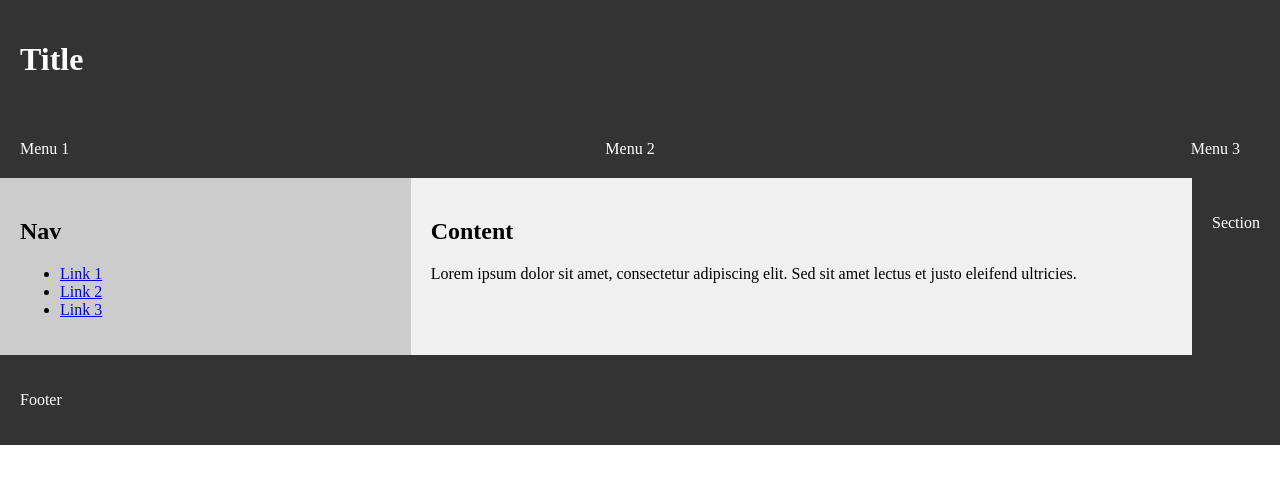
Repository: G1tHub-zer0/BTTH
Page: BTCSS/bai21.html
The author's editor kept a copy of each file at every save. The page is drawn from the files as they stood at one save, then again after the next save.
The browser window is 1280 px wide. The pictures show the whole page.

Above is the page before, as saved 2024-03-22 20:20:54.

After the next save:
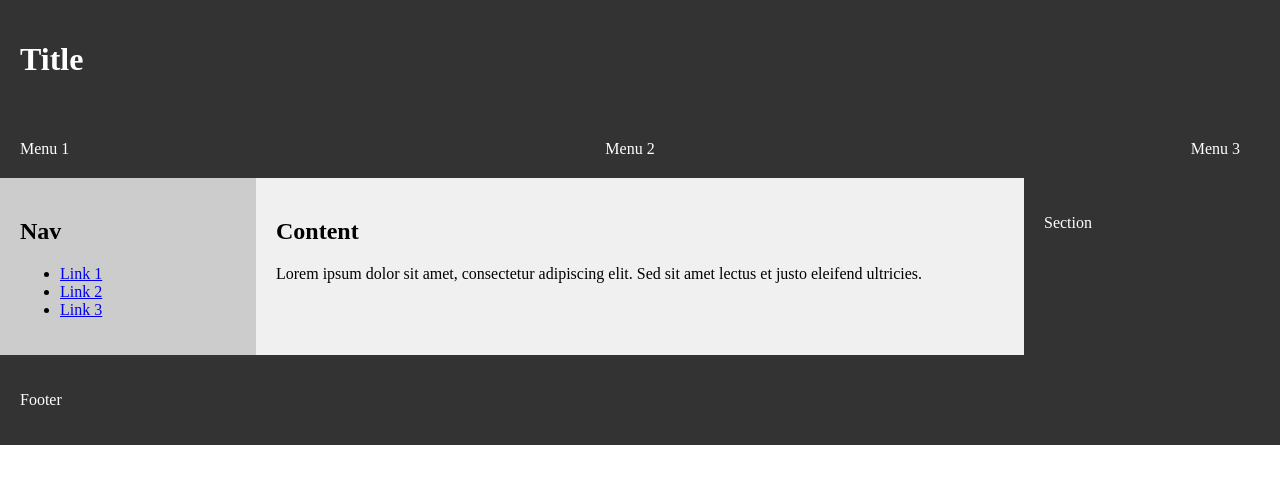
Saved 31 s later.
--- a/BTCSS/bai21.css
+++ b/BTCSS/bai21.css
@@ -30,9 +30,8 @@ nav a:hover {
 }
 
 .container {
-  display: flex;
-  flex-wrap: wrap;
-  justify-content: space-between;
+  display: grid;
+  grid-template-columns: 1fr 3fr 1fr;
 }
 
 .content {
